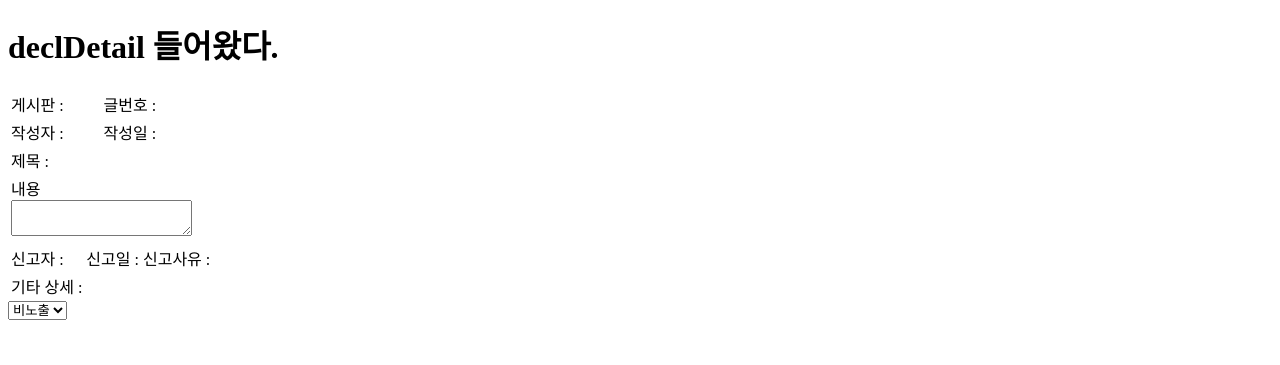
Repository: banana1531/ggs
Page: http://localhost/ggs/WEB-INF/views/admin/declDetail.jsp
An editor plug-in stored every save of this project. The page is shown before and after the next save, followed by the edit.
The browser window is 1280 px wide. The pictures show the whole page.
The page is served by Tomcat 9. Nobody is signed in. Other server files are loaded and not shown. The template is opened directly, without the code that normally fills it, so the values that code supplies are empty.

Above is the page before, as saved 2020-07-10 01:43:10.

### 99s/ggs/src/main/webapp/WEB-INF/views/admin/declDetail.jsp
<%@ page language="java" contentType="text/html; charset=UTF-8"
    pageEncoding="UTF-8"%>
<!DOCTYPE html>
<html>
<head>
<meta charset="UTF-8">
<title>Insert title here</title>
</head>
<body>
   <h1>declDetail 들어왔다.</h1>
   <div class="container">
   <table class="table">
   		<tr>
   			<td>게시판 : ${detail.boardname}</td>
   			<td>글번호 : ${detail.fno}</td>
   		</tr>
   		<tr>
   			<td>작성자 : ${detail.writer}</td>
   			<td>작성일 : ${detail.writedate}</td>
   		</tr>
   		<tr>
   			<td>제목 : ${detail.title}</td>
   		</tr>
   		<tr>
   			<td colspan="2">내용<br/>
   			<textarea readonly="readonly">${detail.content}</textarea>
   			</td>
   		</tr>
   </table>
   <table class="table">
   		<tr>
   			<td>신고자 : ${detail.id}</td>
   			<td>신고일 : ${detail.inputdate}</td>
   			<td>신고사유 : ${detail.reason}</td>
   		</tr>
   		<tr>
   			<td>기타 상세 : ${detail.details}</td>
   		</tr>
   </table>
   	<form class="form">
   		<select name="isvisible">
   			<option value="1">노출</option>
   			<option value="0" selected="selected">비노출</option>
   			<option></option>
   		</select>
   	</form>
   </div>
</body>
</html>

After the next save:
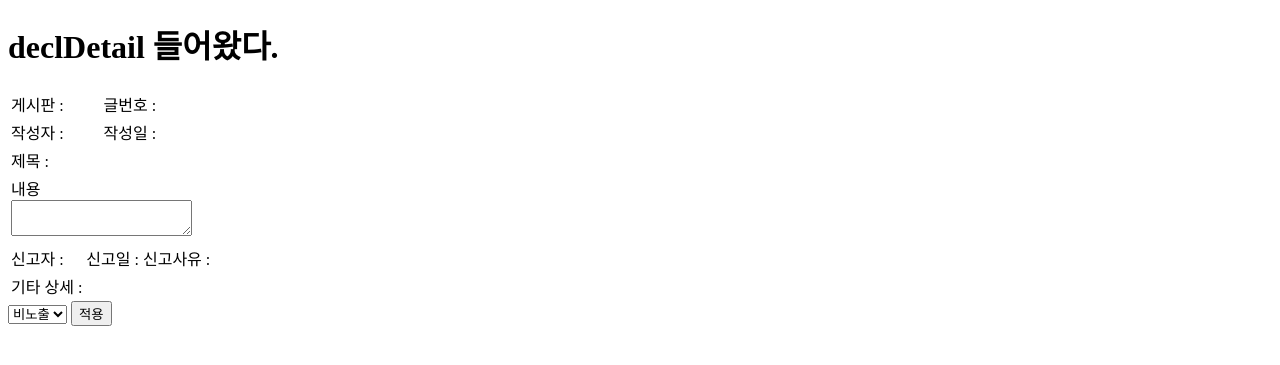
Saved 77 s later.
--- a/99s/ggs/src/main/webapp/WEB-INF/views/admin/declDetail.jsp
+++ b/99s/ggs/src/main/webapp/WEB-INF/views/admin/declDetail.jsp
@@ -37,12 +37,12 @@
    			<td>기타 상세 : ${detail.details}</td>
    		</tr>
    </table>
-   	<form class="form">
+   	<form class="form" action="/admin/declUpdate.gg">
    		<select name="isvisible">
    			<option value="1">노출</option>
    			<option value="0" selected="selected">비노출</option>
-   			<option></option>
    		</select>
+   		<button>적용</button>
    	</form>
    </div>
 </body>
